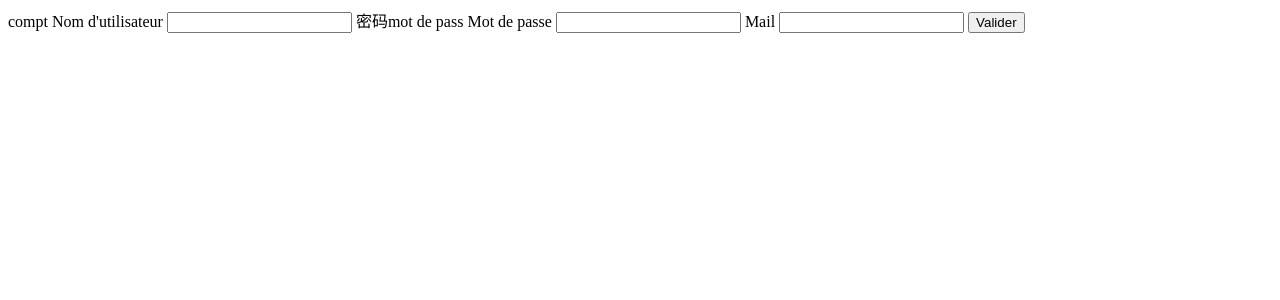
Repository: clairedupuich/serv_drone
Page: http://localhost/test.php
These files come from the project's save history. The page is drawn as it stood at one moment and after the next save; the edit follows.
The browser window is 1280 px wide. The pictures show the whole page.
The page is run by PHP 8.4 with error messages shown; the project is at /var/www/html/.

Above is the page before, as saved 2021-06-01 20:28:01.

After the next save:
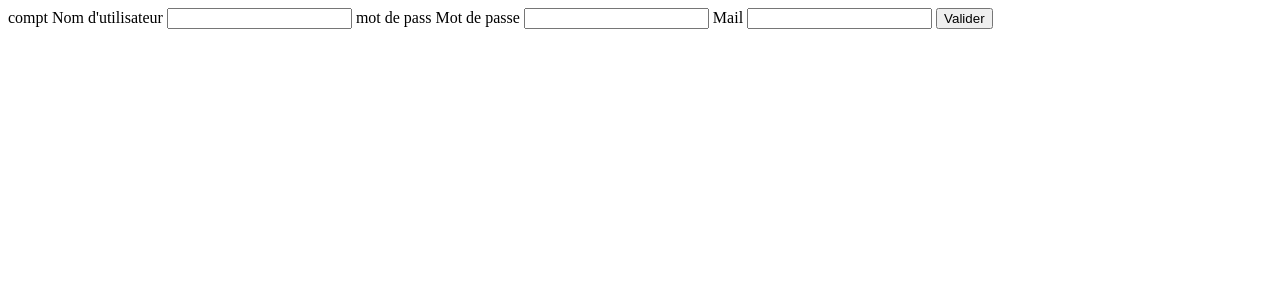
Saved 6 min 4 s later.
--- a/test.php
+++ b/test.php
@@ -60,7 +60,7 @@
                 <label for="pseudo">Nom d'utilisateur</label>
                 <input type="text" id ="pseudo" name="username">
 
-                密码mot de pass
+                mot de pass
                 <label for="pwd">Mot de passe</label>
                 <input type="password" name="password" id="pwd">
 
